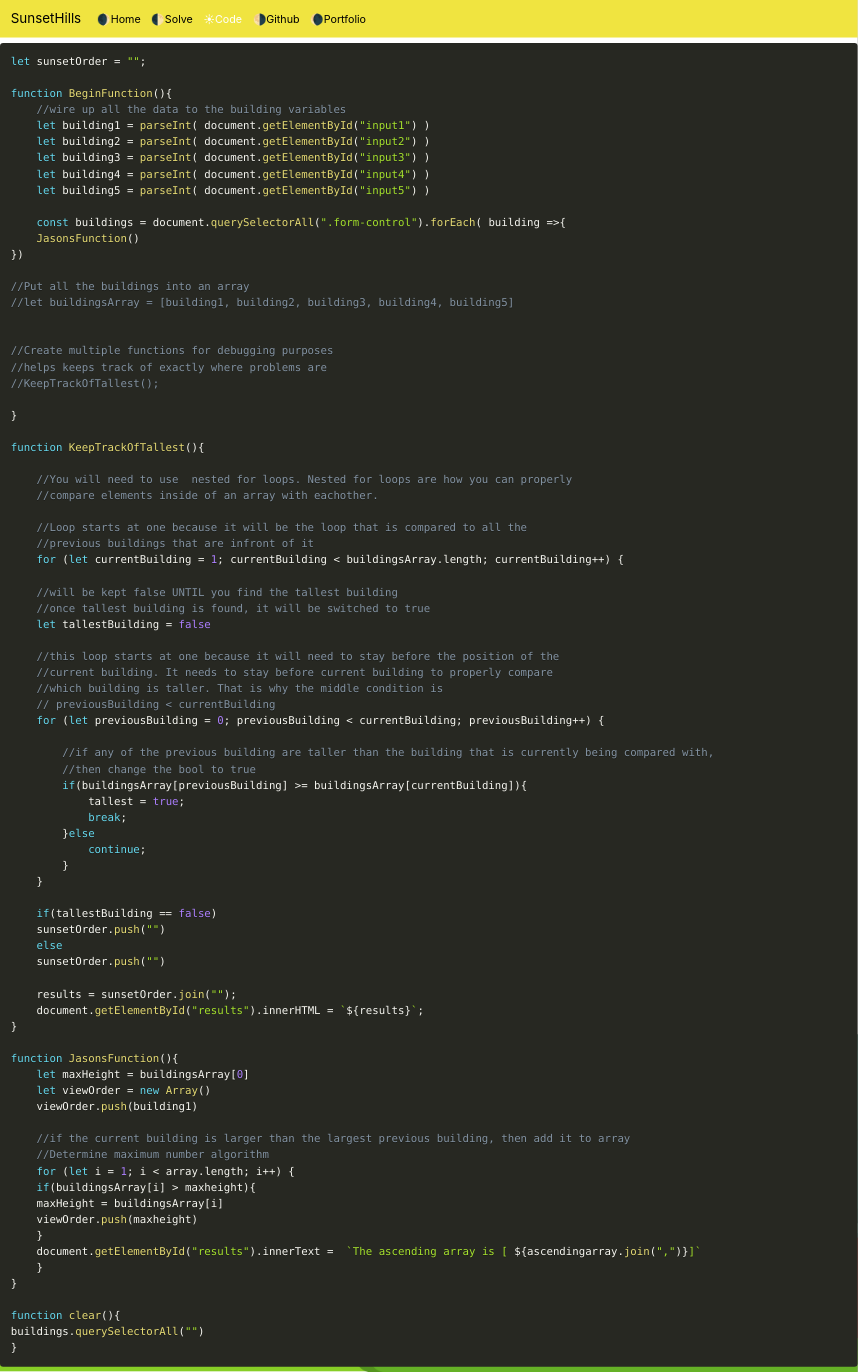
Repository: zhadjah9559/SunsetHills
Page: code.html
An editor plug-in stored every save of this project. The page is shown before and after the next save, followed by the edit.
The browser window is 1280 px wide. The pictures show the whole page, at 67% of full size.

Above is the page before, as saved 2021-01-15 11:38:09.

### code.html
<!doctype html>
<html lang="en">
  <head>
    <title>Title</title>
    <!-- Required meta tags -->
    <meta charset="utf-8">
    <meta name="viewport" content="width=device-width, initial-scale=1, shrink-to-fit=no">
    <meta http-equiv="X-UA-Compatible" content="ie=edge">
    <title>Fizz Buzz Coding Challenge (Implementing the Meta Strat</title>


    <!-- Bootstrap CSS -->
    <link rel="stylesheet" href="https://stackpath.bootstrapcdn.com/bootstrap/4.3.1/css/bootstrap.min.css" integrity="sha384-ggOyR0iXCbMQv3Xipma34MD+dH/1fQ784/j6cY/iJTQUOhcWr7x9JvoRxT2MZw1T" crossorigin="anonymous">
    <link rel="stylesheet" href="css/custom.css">
    <link rel="stylesheet" href="css/prism.css">

  </head>
  <body>
    <nav class="navbar navbar-expand-sm navbar-dark" style="background-color:  #F0E440;">
        <a class="navbar-brand" href="#">SunsetHills</a>
        <button class="navbar-toggler d-lg-none" type="button" data-toggle="collapse" data-target="#collapsibleNavId" aria-controls="collapsibleNavId"
            aria-expanded="false" aria-label="Toggle navigation"></button>
        <div class="collapse navbar-collapse" id="collapsibleNavId">
            <ul class="navbar-nav mr-auto mt-2 mt-lg-0">
                <li class="nav-item">
                    <a class="nav-link" href="index.html">🌒Home </a>
                </li>
                <li class="nav-item">
                    <a class="nav-link" href="solve.html">🌓Solve </a>
                </li>
                <li class="nav-item">
                    <a class="nav-link active" href="code.html">☀Code <span class="sr-only">(current)</span></a>
                </li>
                <li class="nav-item">
                    <a class="nav-link" target="_blank" href="https://github.com/zhadjah9559/SunsetHills">🌗Github</a>
                </li>
                <li class="nav-item">
                    <a class="nav-link" target="_blank" href="https://www.zacharyhadjah.netlify.app">🌘Portfolio</a>
                </li>
            </ul>
        </div>
    </nav>

    <pre class="line-numbers"><code class="language-javascript">
    let sunsetOrder = "";

    function BeginFunction(){
        //wire up all the data to the building variables
        let building1 = parseInt( document.getElementById("input1") )
        let building2 = parseInt( document.getElementById("input2") )
        let building3 = parseInt( document.getElementById("input3") )
        let building4 = parseInt( document.getElementById("input4") )
        let building5 = parseInt( document.getElementById("input5") )

        const buildings = document.querySelectorAll(".form-control").forEach( building =>{
        JasonsFunction()
    })

    //Put all the buildings into an array
    //let buildingsArray = [building1, building2, building3, building4, building5]


    //Create multiple functions for debugging purposes
    //helps keeps track of exactly where problems are
    //KeepTrackOfTallest();

    }

    function KeepTrackOfTallest(){

        //You will need to use  nested for loops. Nested for loops are how you can properly
        //compare elements inside of an array with eachother.

        //Loop starts at one because it will be the loop that is compared to all the
        //previous buildings that are infront of it
        for (let currentBuilding = 1; currentBuilding < buildingsArray.length; currentBuilding++) {

        //will be kept false UNTIL you find the tallest building
        //once tallest building is found, it will be switched to true
        let tallestBuilding = false

        //this loop starts at one because it will need to stay before the position of the
        //current building. It needs to stay before current building to properly compare
        //which building is taller. That is why the middle condition is
        // previousBuilding < currentBuilding
        for (let previousBuilding = 0; previousBuilding < currentBuilding; previousBuilding++) {

            //if any of the previous building are taller than the building that is currently being compared with,
            //then change the bool to true
            if(buildingsArray[previousBuilding] >= buildingsArray[currentBuilding]){
                tallest = true;
                break;
            }else
                continue;
            }
        }

        if(tallestBuilding == false)
        sunsetOrder.push("")
        else
        sunsetOrder.push("")

        results = sunsetOrder.join("");
        document.getElementById("results").innerHTML = `${results}`;
    }

    function JasonsFunction(){
        let maxHeight = buildingsArray[0]
        let viewOrder = new Array()
        viewOrder.push(building1)

        //if the current building is larger than the largest previous building, then add it to array
        //Determine maximum number algorithm
        for (let i = 1; i < array.length; i++) {
        if(buildingsArray[i] > maxheight){
        maxHeight = buildingsArray[i]
        viewOrder.push(maxheight)
        }
        document.getElementById("results").innerText =  `The ascending array is [ ${ascendingarray.join(",")}]`
        }
    }

    function clear(){
    buildings.querySelectorAll("")
    }
        </code>
    </pre>

    <!-- Optional JavaScript -->
    <!-- jQuery first, then Popper.js, then Bootstrap JS -->
    <script src="https://code.jquery.com/jquery-3.3.1.slim.min.js" integrity="sha384-q8i/X+965DzO0rT7abK41JStQIAqVgRVzpbzo5smXKp4YfRvH+8abtTE1Pi6jizo" crossorigin="anonymous"></script>
    <script src="https://cdnjs.cloudflare.com/ajax/libs/popper.js/1.14.7/umd/popper.min.js" integrity="sha384-UO2eT0CpHqdSJQ6hJty5KVphtPhzWj9WO1clHTMGa3JDZwrnQq4sF86dIHNDz0W1" crossorigin="anonymous"></script>
    <script src="https://stackpath.bootstrapcdn.com/bootstrap/4.3.1/js/bootstrap.min.js" integrity="sha384-JjSmVgyd0p3pXB1rRibZUAYoIIy6OrQ6VrjIEaFf/nJGzIxFDsf4x0xIM+B07jRM" crossorigin="anonymous"></script>
    <script src="js/custom.js"></script>
    <script src="js/prism.js"></script>

  </body>
</html>

### css/custom.css
.navbar-dark .navbar-nav .active>.nav-link{
    color:black;
}
.navbar-dark .navbar-nav .nav-link{
    color:black;
}
.navbar .navbar-brand{
    color:black;
}

.container {
    width:960px;
    height:640px;
    position:absolute;
    top:50%;
    left:50%;
    margin-top:-320px;
    margin-left:-480px;
}

body{
    background-image: url("img/SunsetHillsBackground.png");

  /* Full height */
  height: 100%;

  /* Center and scale the image nicely */
  background-position: center;
  background-repeat: no-repeat;
  background-size: cover;
}

### css/prism.css
/* PrismJS 1.23.0
https://prismjs.com/download.html#themes=prism-okaidia&languages=markup+css+clike+javascript&plugins=normalize-whitespace */
/**
 * okaidia theme for JavaScript, CSS and HTML
 * Loosely based on Monokai textmate theme by http://www.monokai.nl/
 * @author ocodia
 */

code[class*="language-"],
pre[class*="language-"] {
	color: #f8f8f2;
	background: none;
	text-shadow: 0 1px rgba(0, 0, 0, 0.3);
	font-family: Consolas, Monaco, 'Andale Mono', 'Ubuntu Mono', monospace;
	font-size: 1em;
	text-align: left;
	white-space: pre;
	word-spacing: normal;
	word-break: normal;
	word-wrap: normal;
	line-height: 1.5;

	-moz-tab-size: 4;
	-o-tab-size: 4;
	tab-size: 4;

	-webkit-hyphens: none;
	-moz-hyphens: none;
	-ms-hyphens: none;
	hyphens: none;
}

/* Code blocks */
pre[class*="language-"] {
	padding: 1em;
	margin: .5em 0;
	overflow: auto;
	border-radius: 0.3em;
}

:not(pre) > code[class*="language-"],
pre[class*="language-"] {
	background: #272822;
}

/* Inline code */
:not(pre) > code[class*="language-"] {
	padding: .1em;
	border-radius: .3em;
	white-space: normal;
}

.token.comment,
.token.prolog,
.token.doctype,
.token.cdata {
	color: #8292a2;
}

.token.punctuation {
	color: #f8f8f2;
}

.token.namespace {
	opacity: .7;
}

.token.property,
.token.tag,
.token.constant,
.token.symbol,
.token.deleted {
	color: #f92672;
}

.token.boolean,
.token.number {
	color: #ae81ff;
}

.token.selector,
.token.attr-name,
.token.string,
.token.char,
.token.builtin,
.token.inserted {
	color: #a6e22e;
}

.token.operator,
.token.entity,
.token.url,
.language-css .token.string,
.style .token.string,
.token.variable {
	color: #f8f8f2;
}

.token.atrule,
.token.attr-value,
.token.function,
.token.class-name {
	color: #e6db74;
}

.token.keyword {
	color: #66d9ef;
}

.token.regex,
.token.important {
	color: #fd971f;
}

.token.important,
.token.bold {
	font-weight: bold;
}
.token.italic {
	font-style: italic;
}

.token.entity {
	cursor: help;
}

### js/custom.js
let sunsetOrder = ["Building 1 will always view the sunset!"];

function BeginFunction(){
    //wire up all the data to the building variables
    let building1 = parseInt( document.getElementById("input1").value )
    let building2 = parseInt( document.getElementById("input2").value )
    let building3 = parseInt( document.getElementById("input3").value )
    let building4 = parseInt( document.getElementById("input4").value )
    let building5 = parseInt( document.getElementById("input5").value )

    //const buildings = document.querySelectorAll(".form-control").forEach( building =>{
      //  return [ .form-control].map()



    //})

     //Put all the buildings into an array
     let buildingsArray = [building1, building2, building3, building4, building5]

    //User Input validation
    if(building1 == null || building2 == null || building3 == null || building4 == null ||
       building5 == null){
        document.getElementById("results").innerHTML = `You must input numbers for all buildings`
        //clear data
        document.getElementById("results").innerHTML = ``
    }else{

        //You will need to use  nested for loops. Nested for loops are how you can properly
        //compare elements inside of an array with eachother.

        //Loop starts at one because it will be the loop that is compared to all the
        //previous buildings that are infront of it
        for (let currentBuilding = 1; currentBuilding < buildingsArray.length; currentBuilding++) {

            //will be kept false UNTIL you find the tallest building
            //once tallest building is found, it will be switched to true
            let tallestBuilding = false

            //this loop starts at one because it will need to stay before the position of the
            //current building. It needs to stay before current building to properly compare
            //which building is taller. That is why the middle condition is
            // previousBuilding < currentBuilding
            for (let previousBuilding = 0; previousBuilding < currentBuilding; previousBuilding++) {

                //if any of the previous building are taller than the building that is currently being compared with,
                //then change the bool to true
                if(buildingsArray[previousBuilding] >= buildingsArray[currentBuilding]){
                    tallest = true;
                    break;
                }else
                    continue;

            }

            if(tallest == false)
            sunsetOrder.push("Building " +(currentBuilding + 1)+ "can view the sunset")
            else
                sunsetOrder.push("Building " +(currentBuilding + 1)+ "can't view the sunset")

            let results = sunsetOrder.join("<br>")
            document.getElementById("results").innerHTML = `${results}`
        }



    }









}

// function KeepTrackOfTallest(){


// }




function JasonsFunction(){
    let maxHeight = buildingsArray[0]
    let viewOrder = new Array()
    viewOrder.push(building1)

    //if the current building is larger than the largest previous building, then add it to array
    //Determine maximum number algorithm
    for (let i = 1; i < array.length; i++) {
        if(buildingsArray[i] > maxheight){
            maxHeight = buildingsArray[i]
            viewOrder.push(maxheight)
        }
        document.getElementById("results").innerText =  `The ascending array is [ ${ascendingarray.join(",")}]`
    }
}

function clear(){
    buildings.querySelectorAll("")
}

Loaded but not shown: js/prism.js (library)

After the next save:
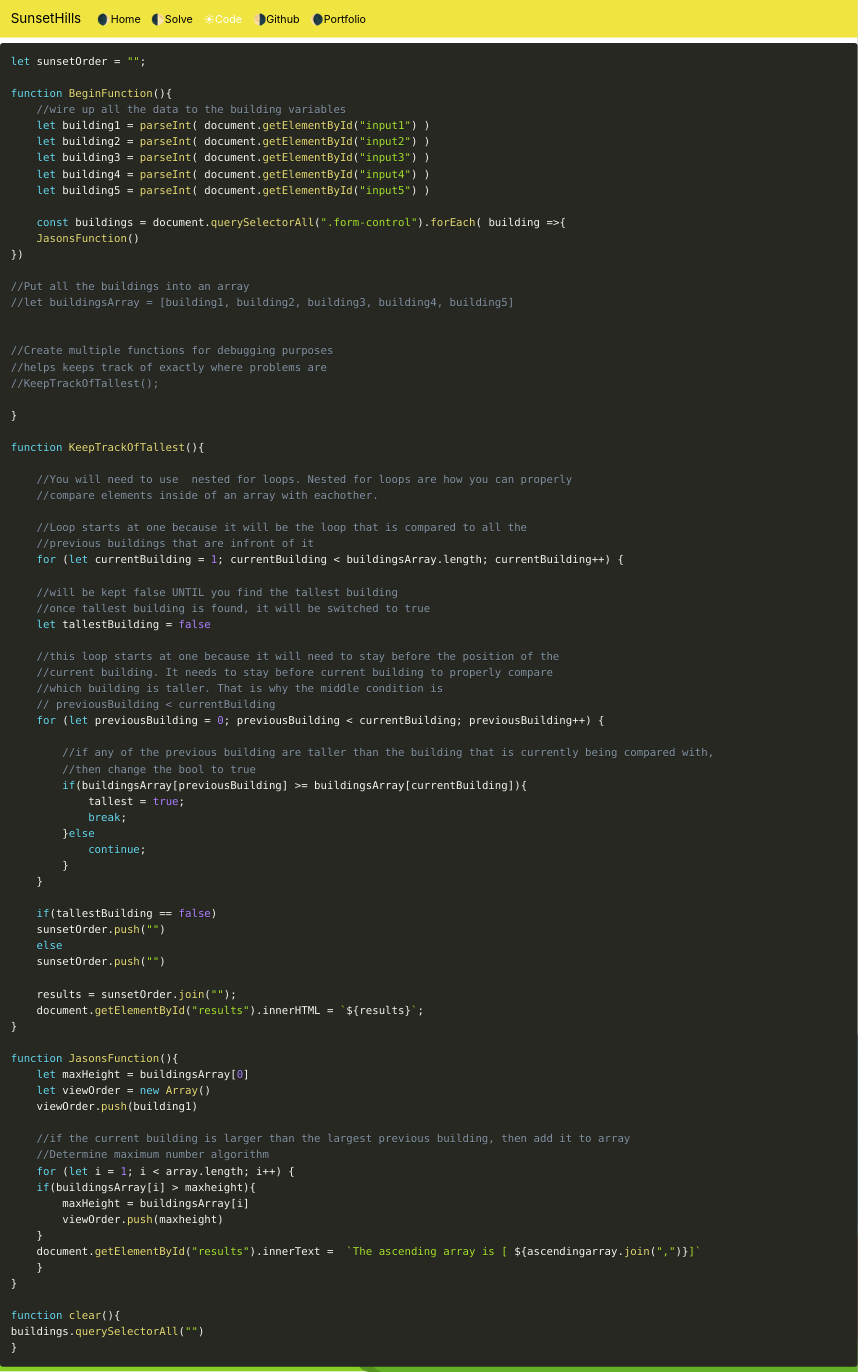
Saved 7 s later.
--- a/code.html
+++ b/code.html
@@ -113,8 +113,8 @@
         //Determine maximum number algorithm
         for (let i = 1; i < array.length; i++) {
         if(buildingsArray[i] > maxheight){
-        maxHeight = buildingsArray[i]
-        viewOrder.push(maxheight)
+            maxHeight = buildingsArray[i]
+            viewOrder.push(maxheight)
         }
         document.getElementById("results").innerText =  `The ascending array is [ ${ascendingarray.join(",")}]`
         }
